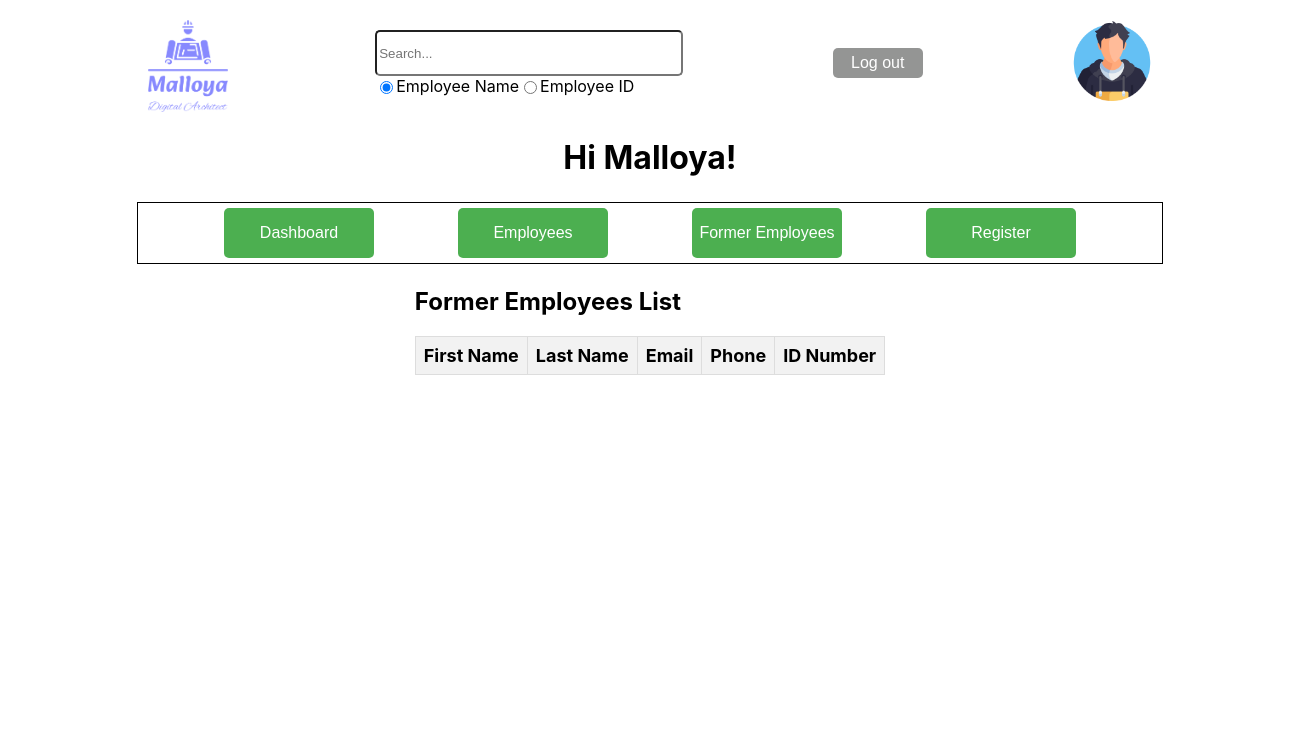
Repository: SbuKhoza/register
Page: /former-employees
The author's editor kept a copy of each file at every save. The page is drawn from the files as they stood at one save, then again after a run of saves.
The browser window is 1280 px wide. The page is 1290 px wide, so the pictures cover 1290 px, including what lies to the right of the window. The pictures show the whole page.
The project was rebuilt for these pictures with package versions that can differ from the ones it lists, and the page was loaded fresh each time. Also part of the build but not shown: src/Form.css, src/Form.js, src/Home.js, src/Login.css, src/Login.js, src/Employee.css, src/Employ.js, src/Employee.js and 3 more.

Above is the page before, as saved 2024-07-22 15:31:57.

### src/App.js
import './App.css';
import Home from './Home';
import Login from './Login';
import Employee from './Employee';
import FEmployee from './FEmployee';
import Register from './Register';
import EditEmployee from './EditEmployee';
import { BrowserRouter, Routes, Route } from "react-router-dom";

function App() {
    return (
        <div className="App">
            <BrowserRouter>
                <Routes>
                    <Route path="/" element={<Login />} />
                    <Route path="/home" element={<Home />} />
                    <Route path="/employees" element={<Employee />} />
                    <Route path="/former-employees" element={<FEmployee />} />
                    <Route path="/register" element={<Register />} />
                    <Route path="/edit-employee/:id" element={<EditEmployee />} />
                </Routes>
            </BrowserRouter>
        </div>
    );
}

export default App;

### src/App.css
body {
    height: 100vh;

}

### src/FEmployee.js
import React, { useState } from 'react';
import './Home.css';
import Fempl from './Fempl';
import { useNavigate } from 'react-router-dom';

function FEmployee() {
    const [searchOption, setSearchOption] = useState('fname');
    const [searchValue, setSearchValue] = useState('');
    const navigate = useNavigate();

    const handleOptionChange = (event) => {
        setSearchOption(event.target.value);
        setSearchValue('');
    };

    const handleSearchChange = (event) => {
        const value = event.target.value;
        if (searchOption === 'fname') {
            if (/^[a-zA-Z]*$/.test(value)) {
                setSearchValue(value);
            }
        } else if (searchOption === 'emp-id') {
            if (/^\d*$/.test(value)) {
                setSearchValue(value);
            }
        }
    };

    const handleSearch = () => {
        console.log(`Searching for ${searchValue} by ${searchOption}`);
    };

    const handleLogout = () => {
        navigate('/');
    };

    return (
        <div className="App">
            <div className='container'>
                <div className='heading'>
                    <nav>
                        <div className='logo'>
                            <img src='logo.png' alt='logo'></img>
                        </div>

                        <div className='search'>
                            <input type='text' placeholder='Search...' id='search'
                                value={searchValue}
                                onChange={handleSearchChange}
                            ></input>
                            <div className='rad'>
                                <input
                                    type='radio'
                                    id='nam'
                                    name='searchOption'
                                    value='fname'
                                    checked={searchOption === 'fname'}
                                    onChange={handleOptionChange}
                                ></input>
                                <label htmlFor='nam'>Employee Name</label>
                                <input
                                    type='radio'
                                    id='eid'
                                    name='searchOption'
                                    value='emp-id'
                                    checked={searchOption === 'emp-id'}
                                    onChange={handleOptionChange}
                                ></input>
                                <label htmlFor='eid'>Employee ID</label>
                            </div>
                        </div>

                        <div className='logout'>
                            <button type='button' className='btn' onClick={handleLogout}>Log out</button>
                        </div>

                        <div className='profile'>
                            <img src='boy.png' alt='profile'></img>
                        </div>
                    </nav>
                </div>

                <div className='nav2'>
                    <h1>Hi Malloya!</h1>
                </div>

                <div className='nav3'>
                    <div className='dash'>
                        <button type='button' className='btn' onClick={() => navigate('/home')}>Dashboard</button>
                        <button type='button' className='btn' onClick={() => navigate('/employees')}>Employees</button>
                        <button type='button' className='btn' onClick={() => navigate('/former-employees')}>Former Employees</button>
                        <button type='button' className='btn' onClick={() => navigate('/register')}>Register</button>
                    </div>
                </div>

                <div className='main'>
                    <Fempl/>

                </div>
            </div>
        </div>
    );
}

export default FEmployee;

### src/Home.css


.container {
    display: grid;
    height: 100vh;
    width: 100%;
    margin: 10px;
    grid-template-columns: 0.5fr 1fr 1fr 0.5fr;
    grid-template-rows: 0.3fr 0.2fr 0.3fr 2fr;
    grid-template-areas: 'nav nav nav nav'
    'nav2 nav2 nav2 nav2'
    'nav3 nav3 nav3 nav3'
    'body body body body'

}

.heading {
    grid-area: nav;
    display: flex;
    width: 100%;
    justify-content: center;
    align-items: center;
}


nav {
    width: 90%;
    grid-area: nav;
    display: flex;
    justify-content: space-around;
    align-items: center;
}

.logo {
    margin-top: 10px;
    width: 80px;

}

.logo img {
    width: 100%;
    object-fit:fill;
}

.profile {
    width: 80px;
}

.profile img {
    width: 100%;
    object-fit: cover;
}
.search {
    display: flex;
    flex-direction: column;
}

.rad {
    display: flex;
}

#search {
    height: 40px;
    width: 300px;
    border-radius: 5px;
}

.btn {
    height: 30px;
    width: 90px;
    background-color: #6a6b6ab6;
    color: white;
    border: none;
    border-radius: 5px;
    text-align: center;
    text-decoration: none;
    display: inline-block;
    font-size: 16px;
    margin: 4px 2px;
}

.nav2 {
    grid-area: nav2;
    text-align: center;

}


.nav3 {
    grid-area: nav3;
    display: flex;
    justify-content: space-around;
    align-items: center;
}

.dash {
    width: 80%;
    height: 60px;
    border: 1px solid black;
    display: flex;
    justify-content: center;
    align-items: center;
    gap:80px;

}

.dash button {
    width: 150px;
    height: 50px;
    background-color: #4CAF50;
    color: white;
    border: none;
    border-radius: 5px;
    text-align: center;
    text-decoration: none;
    display: inline-block;
    font-size: 16px;
    margin: 4px 2px;
    cursor: pointer;

}

.main {
    grid-area: body;
    display: flex;
    justify-content: center;

}

### src/Fempl.js
import './FEmployee.css';
import { useEffect, useState } from 'react';

function Fempl() {
    const [formerEmployees, setFormerEmployees] = useState([]);

    useEffect(() => {
        const storedFormerEmployees = JSON.parse(localStorage.getItem('formerEmployees')) || [];
        setFormerEmployees(storedFormerEmployees);
    }, []);

    return (
        <div className="FEmployee">
            <h2>Former Employees List</h2>
            <table>
                <thead>
                    <tr>
                        <th>First Name</th>
                        <th>Last Name</th>
                        <th>Email</th>
                        <th>Phone</th>
                        <th>ID Number</th>
                    </tr>
                </thead>
                <tbody>
                    {formerEmployees.map((employee, index) => (
                        <tr key={index}>
                         <td>{employee.name}</td>
                         <td>{employee.sname}</td>
                         <td>{employee.email}</td>
                         <td>{employee.phone}</td>
                         <td>{employee.idnum}</td>
                     </tr>
                  ))}
              </tbody>
         </table>
     </div>
 );
};

export default Fempl;

### src/FEmployee.css
.FEmployee table {
    width: 100%;
    border-collapse: collapse;
    margin: 20px 0;
    font-size: 18px;
    text-align: left;
}

.FEmployee th, .FEmployee td {
    border: 1px solid #dddddd;
    padding: 8px;
}

.FEmployee th {
    background-color: #f2f2f2;
}

Loaded but not shown: public/index.html (common file); src/index.js (common file); src/index.css (common file); src/reportWebVitals.js (common file)

After the next 2 saves:
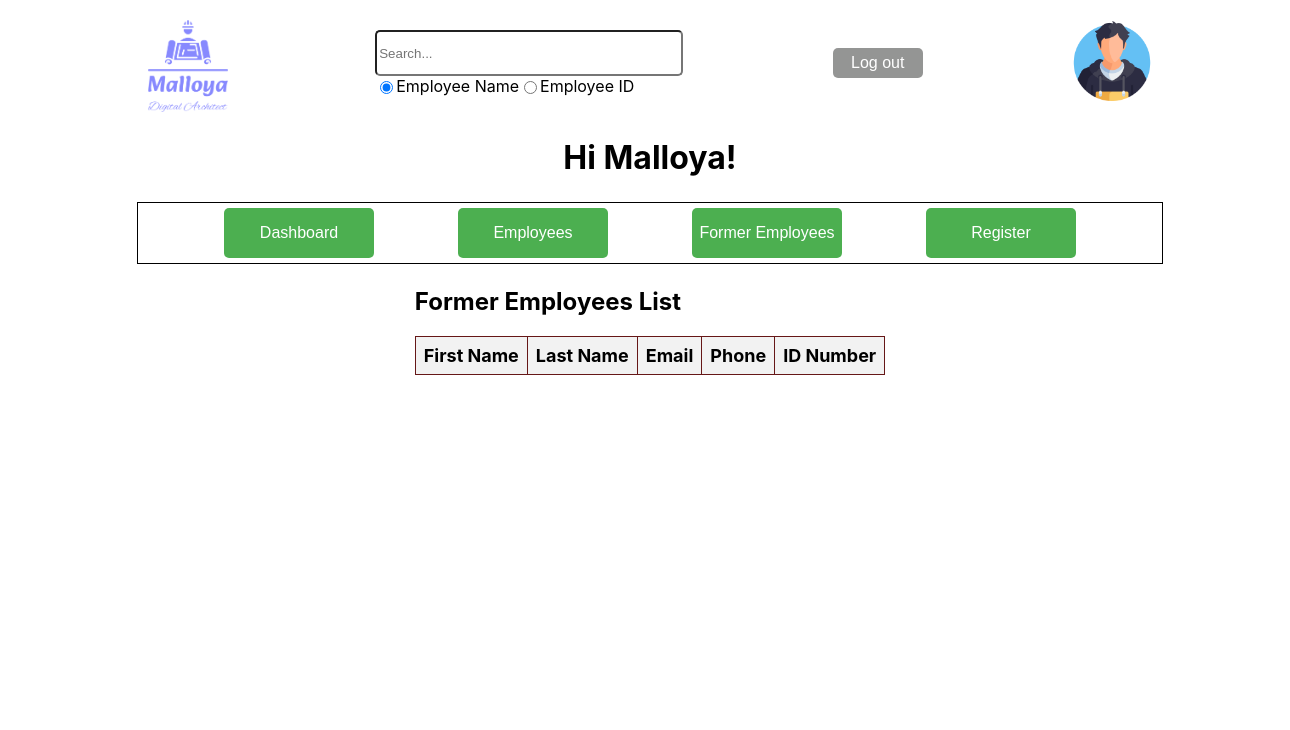
The 2 saves are shown as one change because they came seconds apart.
The last was saved 6 min 19 s later.
--- a/src/FEmployee.css
+++ b/src/FEmployee.css
@@ -7,7 +7,7 @@
 }
 
 .FEmployee th, .FEmployee td {
-    border: 1px solid #dddddd;
+    border: 1px solid #661717;
     padding: 8px;
 }
 
